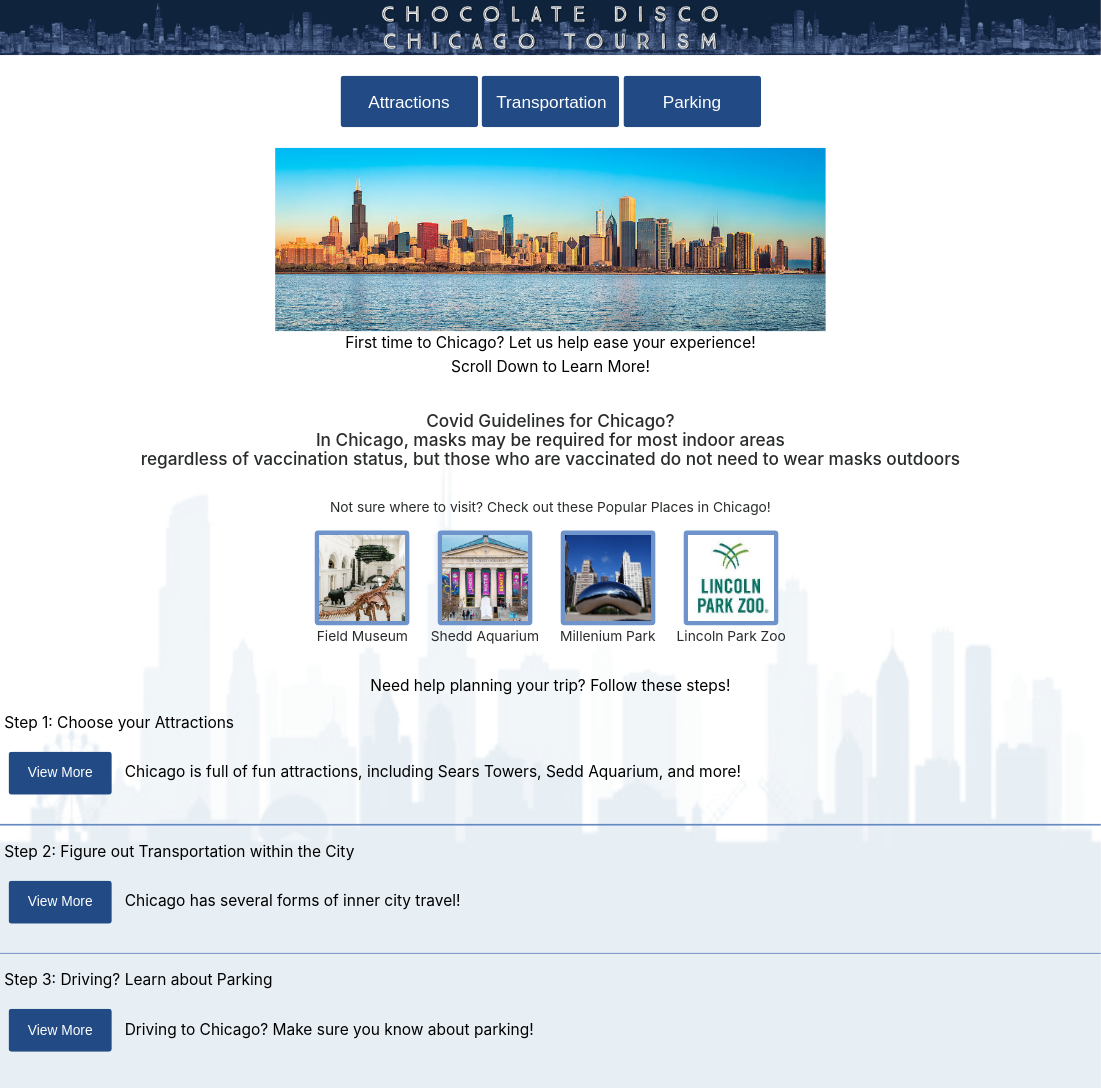
Repository: rkodit2/cs422project
Page: homepage.html
These files come from the project's save history. The page is drawn as it stood at one moment and after a run of saves; the edit follows.
The browser window is 1280 px wide. The pictures show the whole page, at 86% of full size.

Above is the page before, as saved 2021-11-26 14:39:56.

After the next 2 saves:
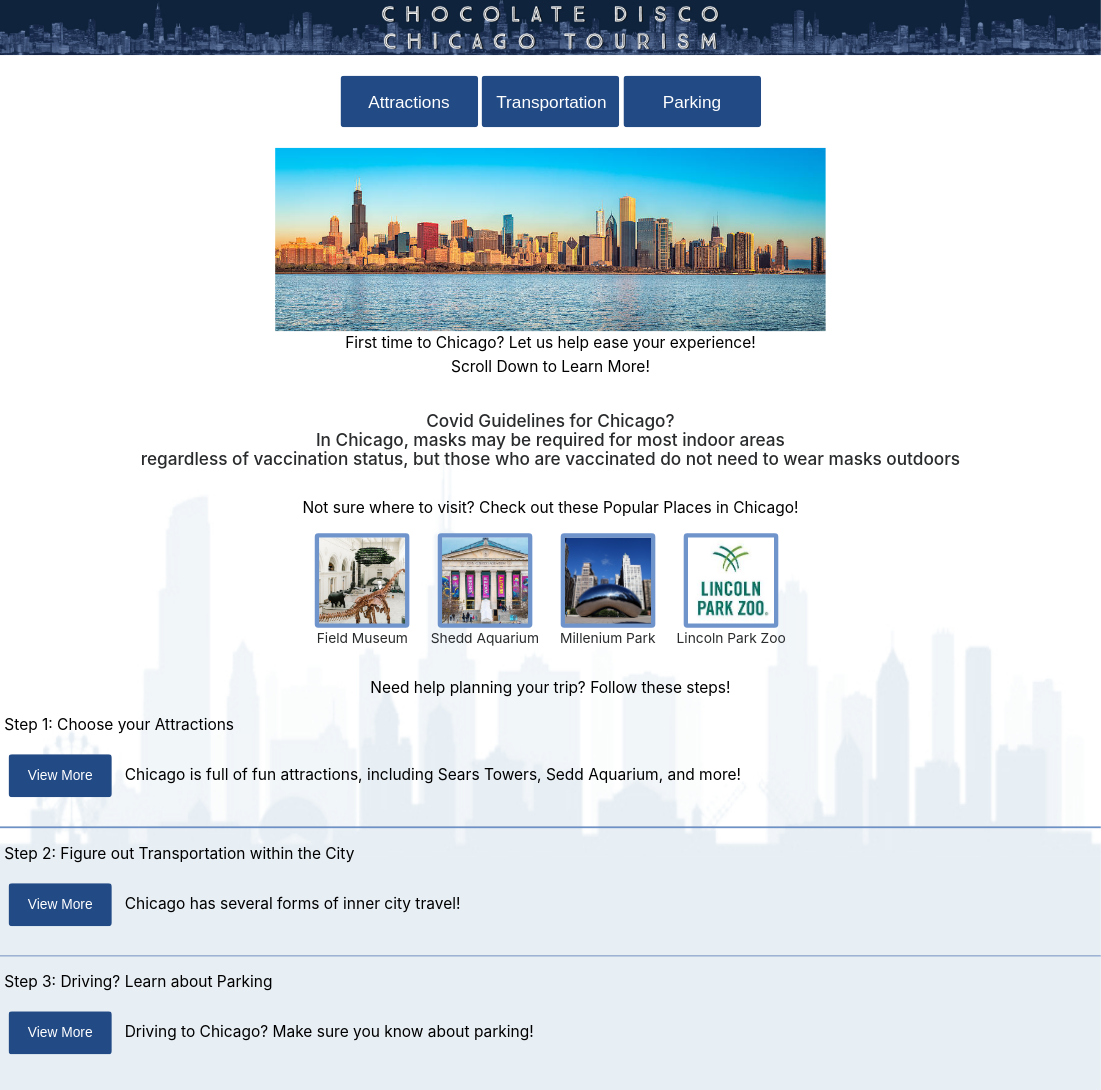
The 2 saves are shown as one change because they came seconds apart.
The last was saved 77 s later.
--- a/homepage.html
+++ b/homepage.html
@@ -34,7 +34,7 @@
     <br>
     <h5 style = "text-align: center;">Covid Guidelines for Chicago? <br> In Chicago, masks may be required for most indoor areas <br> regardless of vaccination status, but those who are vaccinated do not need to wear masks outdoors </h5>
     <br>
-    <p style="text-align: center;">Not sure where to visit? Check out these Popular Places in Chicago! </p>
+    <p style="font-size: 18px; color: black; text-align: center;">Not sure where to visit? Check out these Popular Places in Chicago! </p>
 
     <div class= "button-center">
       <div class = "fm" style = "display: inline-block;  text-align: center; padding-left: 10px; padding-right: 10px;">
